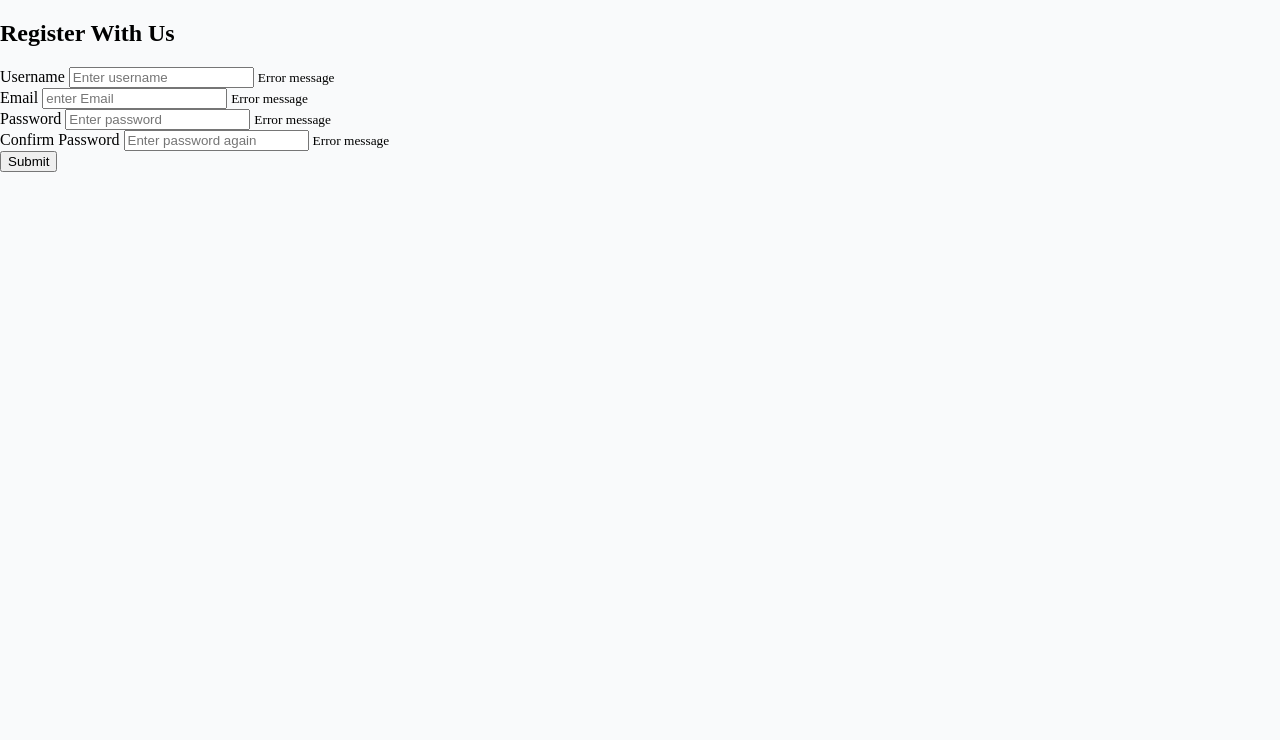
Repository: atko87/Form-Validator-Intro-
Page: index.html
These files come from the project's save history. The page is drawn as it stood at one moment and after the next save; the edit follows.
The browser window is 1280 px wide. The pictures show the whole page.

Above is the page before, as saved 2020-03-07 22:56:10.

After the next save:
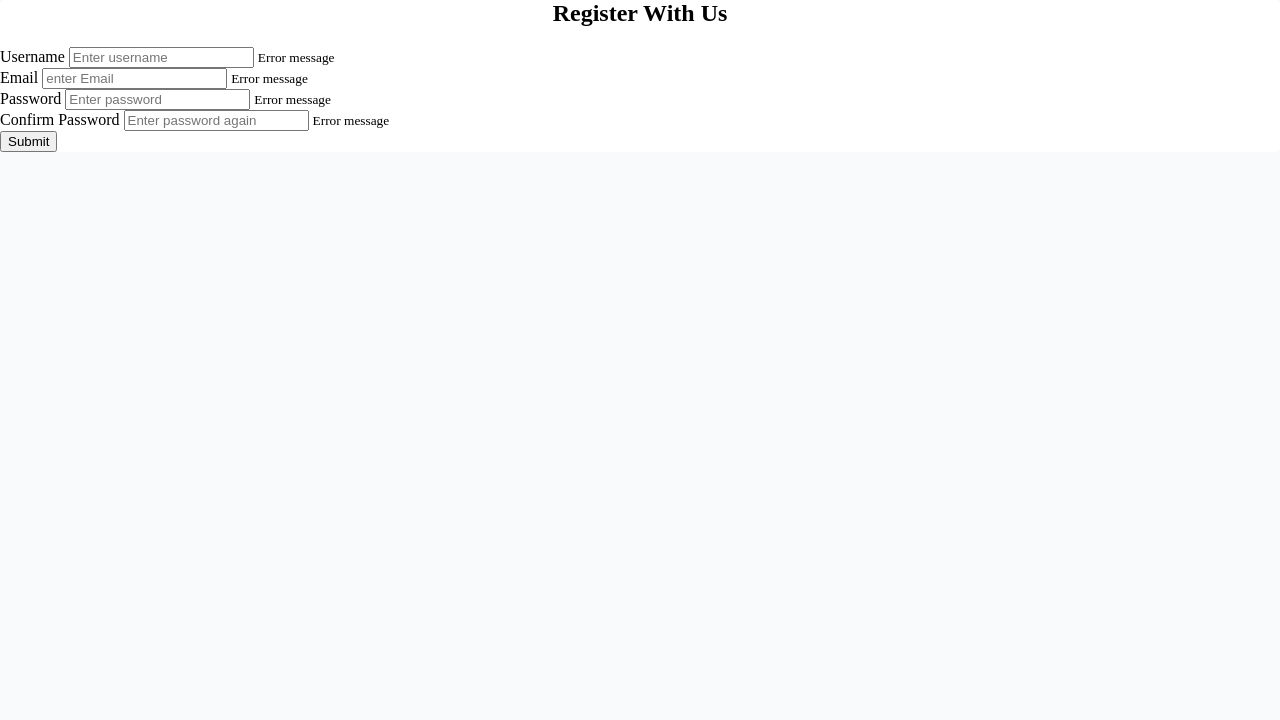
Saved 2 min 29 s later.
--- a/style.css
+++ b/style.css
@@ -12,3 +12,17 @@ body {
   min-height: 100vh;
   margin: 0;
 }
+.container {
+  background-color: #fff;
+  border-radius: 5px;
+  box-shadow: 0 2px 10 px rgba(0, 0, 0, 0.3);
+  width: 400 px;
+}
+h2 {
+  text-align: center;
+  margin: 0 0 20px;
+}
+
+.fomr {
+  padding: 30px 40px;
+}
